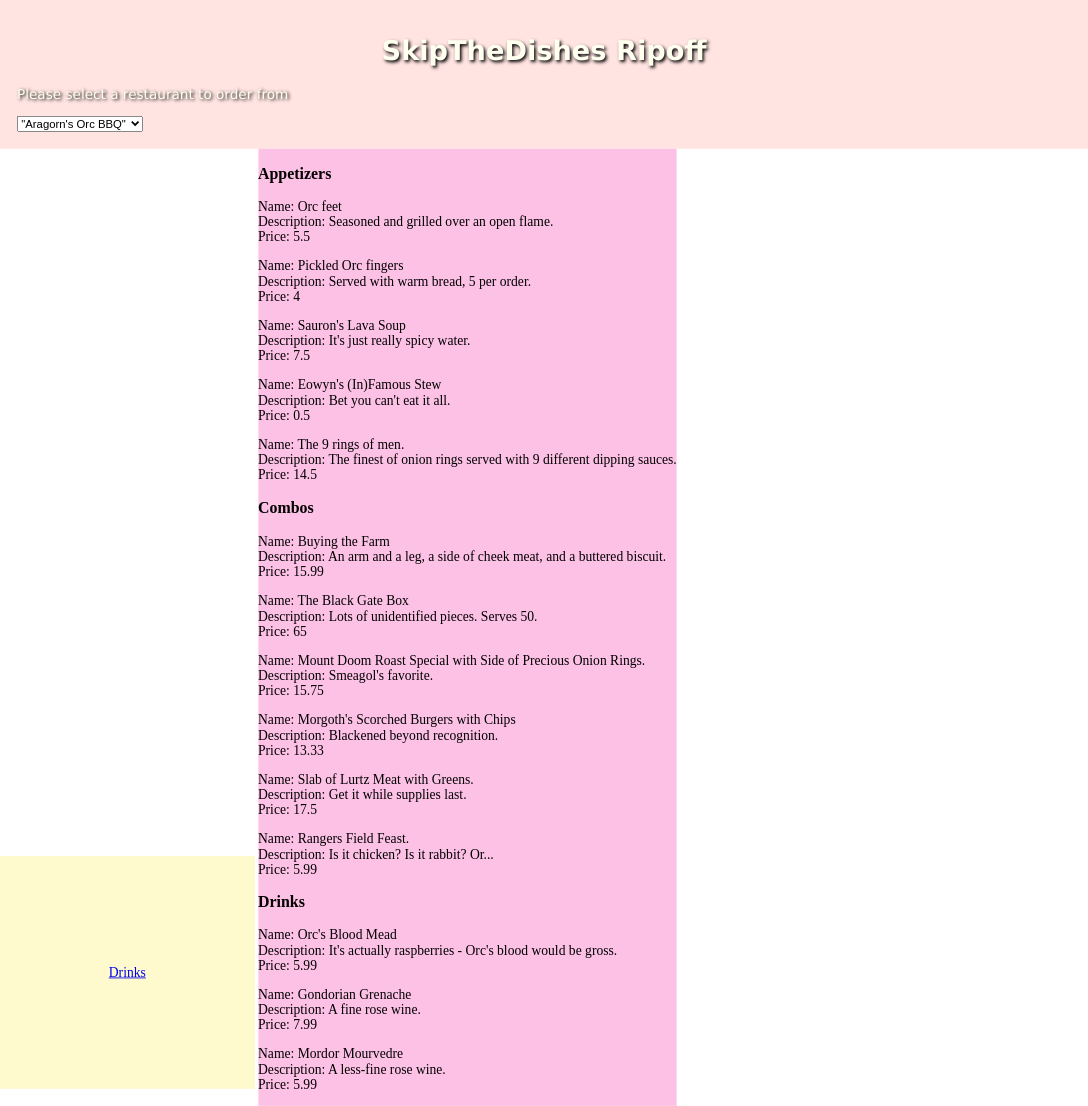
Repository: hudaali14/Carleton
Page: 2406/Assignments/Assignment1 (97)/order.html
An editor plug-in stored every save of this project. The page is shown before and after the next save, followed by the edit.
The browser window is 1280 px wide. The pictures show the whole page, at 85% of full size.
After loading, the first visible `#dropdown` was changed once.

Above is the page before, as saved 2020-01-25 21:12:40.

### 2406/Assignments/Assignment1 (97)/order.html
<html>
    <head>
        <title> Title </title>
        <link rel="stylesheet" href="style.css">
    </head>
    <body onload="init()">
        <div id="header">
            <h1>SkipTheDishes Ripoff</h1>
            <div id="dropdownText">
                <p>Please select a restaurant to order from</p>
                <select id="dropdown">
                    <option value="select a restaurant" selected>Select a Restaurant</option>
                </select>
            </div>
        </div>

        <div id="categories">
        </div>

        <div id="items">
        </div>

        <script src="client.js"></script>
    </body>
</html>

### 2406/Assignments/Assignment1 (97)/style.css
#header{
    margin: 0px;
    padding: 20px;
    border: 0px;
    text-align: center;
    background-color: mistyrose;
    color: ivory;
    text-shadow: 2px 2px 4px #000000;
    font-family: 'Lucida Sans';
}

#dropdownText{
    text-align:left;
}

#categories{
    padding: 10%;
    background-color: lemonchiffon;
    color: black;
    overflow: auto;
    display: inline-block;
    border: 0px;
    margin: 0px;
}

#items{
    background-color: rgb(253, 193, 230);
    display: inline-block;
    border: 0px;
    margin: 0px;
    color: black;
}


body{
    margin : 0;
}

### 2406/Assignments/Assignment1 (97)/client.js
let aragorn = {
	name: "Aragorn's Orc BBQ", //The name of the restaurant
	min_order: 20, //The minimum order amount required to place an order
	delivery_charge: 5, //The delivery charge for this restaurant
	//The menu
	menu: {
		//First category
		"Appetizers": {
			//First item of this category
			0: {
				name: "Orc feet",
				description: "Seasoned and grilled over an open flame.", //
				price: 5.50
			},
			1: {
				name: "Pickled Orc fingers",
				description: "Served with warm bread, 5 per order.",
				price: 4.00
			},
			2: { //Thank you Kiratchii
				name: "Sauron's Lava Soup",
				description: "It's just really spicy water.",
				price: 7.50
			},
			3: {
				name: "Eowyn's (In)Famous Stew",
				description: "Bet you can't eat it all.",
				price: 0.50
			},
			4: {
				name: "The 9 rings of men.",
				description: "The finest of onion rings served with 9 different dipping sauces.",
				price: 14.50
			}
		},
		"Combos": {
			5: {
				name: "Buying the Farm",
				description: "An arm and a leg, a side of cheek meat, and a buttered biscuit.",
				price: 15.99
			},
			6: {
				name: "The Black Gate Box",
				description: "Lots of unidentified pieces. Serves 50.",
				price: 65.00
			},
			7: {//Thanks to M_Sabeyon
				name: "Mount Doom Roast Special with Side of Precious Onion Rings.",
				description: "Smeagol's favorite.",
				price: 15.75
			},
			8: { //Thanks Shar[TA]
				name: "Morgoth's Scorched Burgers with Chips",
				description: "Blackened beyond recognition.",
				price: 13.33

			},
			9: {
				name: "Slab of Lurtz Meat with Greens.",
				description: "Get it while supplies last.",
				price: 17.50
			},
			10: {
				name: "Rangers Field Feast.",
				description: "Is it chicken? Is it rabbit? Or...",
				price: 5.99
			}
		},
		"Drinks": {
			11: {
				name: "Orc's Blood Mead",
				description: "It's actually raspberries - Orc's blood would be gross.",
				price: 5.99
			},
			12: {
				name: "Gondorian Grenache",
				description: "A fine rose wine.",
				price: 7.99
			},
			13: {
				name: "Mordor Mourvedre",
				description: "A less-fine rose wine.",
				price: 5.99
			}
		}
	}
};

let legolas = {
	name: "Lembas by Legolas",
	min_order: 15,
	delivery_charge: 3.99,
	menu: {
		"Lembas": {
			0: {
				name: "Single",
				description: "One piece of lembas.",
				price: 3
			},
			1: {
				name: "Double",
				description: "Two pieces of lembas.",
				price: 5.50
			},
			2: {
				name: "Triple",
				description: "Three pieces, which should be more than enough.",
				price: 8.00
			}
		},
		"Combos": {
			3: {
				name: "Second Breakfast",
				description: "Two pieces of lembas with honey.",
				price: 7.50
			},
			4: {
				name: "There and Back Again",
				description: "All you need for a long journey - 6 pieces of lembas, salted pork, and a flagon of wine.",
				price: 25.99
			},
			5: {
				name: "Best Friends Forever",
				description: "Lembas and a heavy stout.",
				price: 6.60
			}
		}
	}
};

let frodo = {
	name: "Frodo's Flapjacks",
	min_order: 35,
	delivery_charge: 6,
	menu: {
		"Breakfast": {
			0: {
				name: "Hobbit Hash",
				description: "Five flapjacks, potatoes, leeks, garlic, cheese.",
				price: 9.00
			},
			1: {
				name: "The Full Flapjack Breakfast",
				description: "Eight flapjacks, two sausages, 3 eggs, 4 slices of bacon, beans, and a coffee.",
				price: 14.00
			},
			2: {
				name: "Southfarthing Slammer",
				description: "15 flapjacks and 2 pints of syrup.",
				price: 12.00
			}

		},
		"Second Breakfast": {
			3: {
				name: "Beorning Breakfast",
				description: "6 flapjacks smothers in honey.",
				price: 7.50
			},
			4: {
				name: "Shire Strawberry Special",
				description: "6 flapjacks and a hearty serving of strawberry jam.",
				price: 8
			},
			5: {
				name: "Buckland Blackberry Breakfast",
				description: "6 flapjacks covered in fresh blackberries. Served with a large side of sausage.",
				price: 14.99
			}
		},
		"Elevenses": {
			6: {
				name: "Lembas",
				description: "Three pieces of traditional Elvish Waybread",
				price: 7.70
			},
			7: {
				name: "Muffins of the Marish",
				description: "A variety of 8 different types of muffins, served with tea.",
				price: 9.00
			},
			8: {
				name: "Hasty Hobbit Hash",
				description: "Potatoes with onions and cheese. Served with coffee.",
				price: 5.00
			}
		},
		"Luncheon": {
			9: {
				name: "Shepherd's Pie",
				description: "A classic. Includes 3 pies.",
				price: 15.99
			},
			10: {
				name: "Roast Pork",
				description: "An entire pig slow-roasted over a fire.",
				price: 27.99
			},
			11: {
				name: "Fish and Chips",
				description: "Fish - fried. Chips - nice and crispy.",
				price: 5.99
			}
		},
		"Afternoon Tea": {
			12: {
				name: "Tea",
				description: "Served with sugar and cream.",
				price: 3
			},
			13: {
				name: "Coffee",
				description: "Served with sugar and cream.",
				price: 3.50
			},
			14: {
				name: "Cookies and Cream",
				description: "A dozen cookies served with a vat of cream.",
				price: 15.99
			},
			15: {
				name: "Mixed Berry Pie",
				description: "Fresh baked daily.",
				price: 7.00
			}
		},
		"Dinner": {
			16: {
				name: "Po-ta-to Platter",
				description: "Boiled. Mashed. Stuck in a stew.",
				price: 6
			},
			17: {
				name: "Bree and Apple",
				description: "One wheel of brie with slices of apple.",
				price: 7.99
			},
			18: {
				name: "Maggot's Mushroom Mashup",
				description: "It sounds disgusting, but its pretty good",
				price: 6.50
			},
			19: {
				name: "Fresh Baked Bread",
				description: "A whole loaf of the finest bread the Shire has to offer.",
				price: 6
			},
			20: {
				name: "Pint of Ale",
				description: "Yes, it comes in pints.",
				price: 5
			}
		},
		"Supper": {
			21: {
				name: "Sausage Sandwich",
				description: "Six whole sausages served on a loaf of bread. Covered in onions, mushrooms and gravy.",
				price: 15.99
			},
			22: {
				name: "Shire Supper",
				description: "End the day as you started it, with a dozen flapjacks, 5 eggs, 3 sausages, 7 pieces of bacon, and a pint of ale.",
				price: 37.99
			}
		}
	}
};

let restaurants = [aragorn, legolas, frodo];
let order = [];


function init(){
	let r = document.getElementById("dropdown");
	for(i = 0; i<restaurants.length; i++){
		let resoptions = document.createElement("option");
		str = JSON.stringify(restaurants[i].name);
		resoptions.value = str;
		resoptions.text = str;
		r.appendChild(resoptions);
	}
	let category = document.getElementById("categories");
	r.onchange= displayCategories;
}

function displayCategories(){
	let dropdownMenu=document.getElementById("dropdown");
	let category=document.getElementById("categories");
	// if(items.length == 0){
	// 	if(confirm("There is a current order with items in it. Do you want to clear the order?")){
	// 		items = [];
	// 		return;
	// 	}
	// }
	category.innerHTML="";
	if(dropdownMenu.selectedIndex==1){
		let aragornMenu= ["Appetizers", "Combos","Drinks"];
		let para =document.createElement("a");
		aragornMenu.forEach(element => {
			para.innerHTML=element+"<br/>";
		});
		displayItems(aragorn, aragornMenu);
		para.href="/Users/hudaali/Desktop/2406/assignment1#categorylink";
		category.appendChild(para);
	}else if(dropdownMenu.selectedIndex==2){
		let legolasMenu=["Lembas", "Combos"];
		let para =document.createElement("a");
		legolasMenu.forEach(element => {
			para.innerHTML=element+"<br/>";
		});
		displayItems(legolas, legolasMenu);
		para.href="/Users/hudaali/Desktop/2406/assignment1#categorylink";
		category.appendChild(para);

	}else if(dropdownMenu.selectedIndex==3){
		let frodoMenu=["Breakfast","Second Breakfast","Elevenses","Luncheon","Afternoon Tea","Dinner","Supper"];
		let para =document.createElement("a");
		frodoMenu.forEach(element => {
			para.innerHTML=element+"<br/>";
		});
		displayItems(frodo, frodoMenu);
		para.href="/Users/hudaali/Desktop/2406/assignment1#categorylink";
		category.appendChild(para);
	}else{
		let x=5;
	}
}

function displayItems(restaurant, restaurantMenu){
	let itemMenu = document.getElementById("items");
	itemMenu.innerHTML = "";
	let categoryItems = restaurant.menu;
	let counter = 0;
  	for(let i = 0; i < restaurantMenu.length; i++){
		  let category = document.createElement("h3");
		  category.innerHTML = restaurantMenu[i]+"<br/>";
		  category.id= "categorylink";
		  itemMenu.appendChild(category);
    	while(typeof restaurant.menu[restaurantMenu[i]][counter] !== "undefined"){
			let item = restaurant.menu[restaurantMenu[i]][counter];
			let para = document.createElement("p");
			para.innerHTML = "Name: " + item.name + "<br/>";
			para.innerHTML += "Description: " + item.description + "<br/>";
			para.innerHTML += "Price: " + item.price + "<br/>";
			itemMenu.appendChild(para);
      		counter++;
    	}
  	}
}

After the next save:
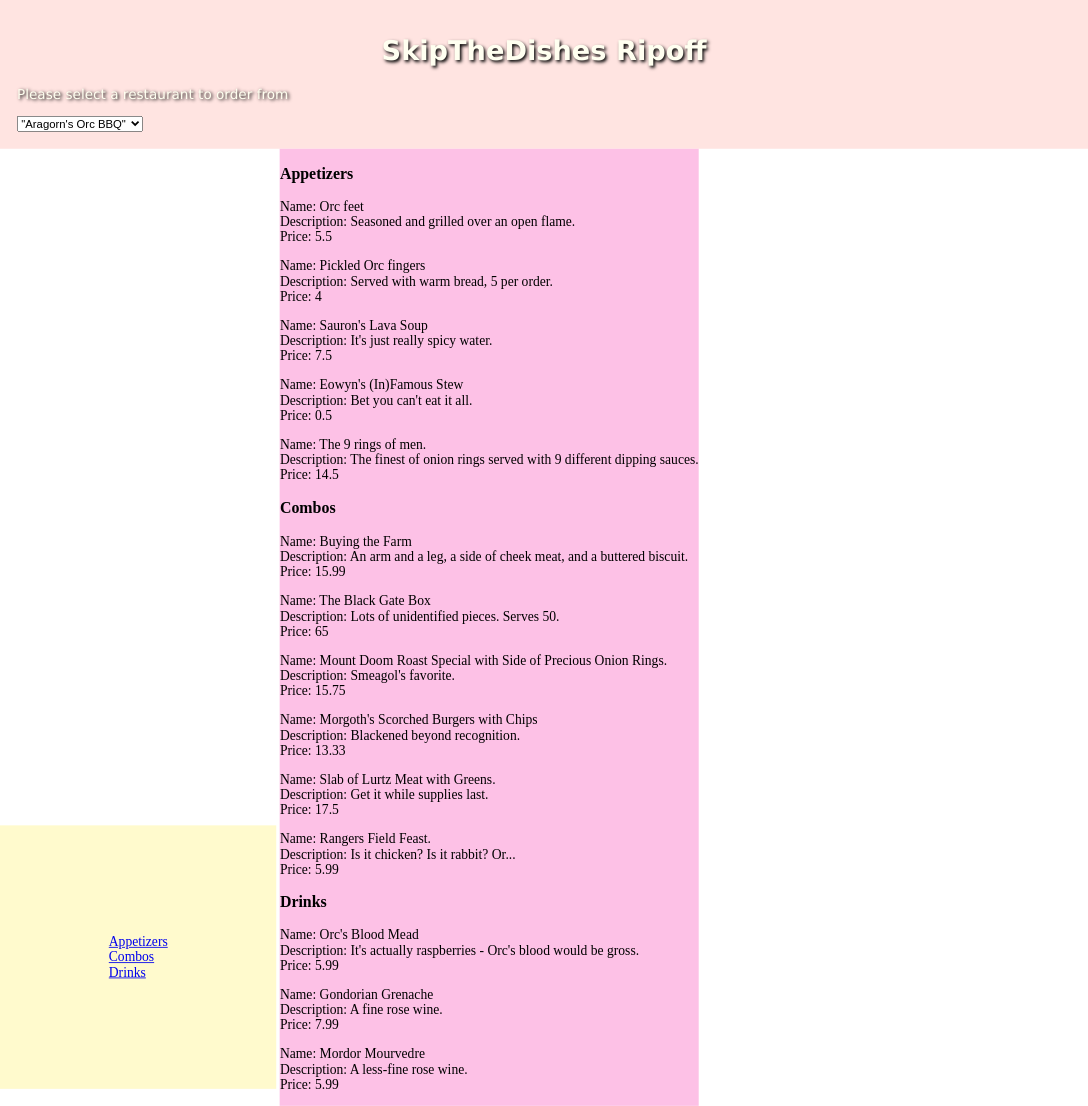
Saved 51 s later.
--- a/2406/Assignments/Assignment1 (97)/client.js
+++ b/2406/Assignments/Assignment1 (97)/client.js
@@ -295,32 +295,32 @@
 	category.innerHTML="";
 	if(dropdownMenu.selectedIndex==1){
 		let aragornMenu= ["Appetizers", "Combos","Drinks"];
-		let para =document.createElement("a");
 		aragornMenu.forEach(element => {
+			let para =document.createElement("a");
 			para.innerHTML=element+"<br/>";
+			para.href="/Users/hudaali/Desktop/2406/assignment1#categorylink";
+			category.appendChild(para);
 		});
 		displayItems(aragorn, aragornMenu);
-		para.href="/Users/hudaali/Desktop/2406/assignment1#categorylink";
-		category.appendChild(para);
 	}else if(dropdownMenu.selectedIndex==2){
 		let legolasMenu=["Lembas", "Combos"];
-		let para =document.createElement("a");
 		legolasMenu.forEach(element => {
+			let para =document.createElement("a");
 			para.innerHTML=element+"<br/>";
+			para.href="/Users/hudaali/Desktop/2406/assignment1#categorylink";
+			category.appendChild(para);
 		});
 		displayItems(legolas, legolasMenu);
-		para.href="/Users/hudaali/Desktop/2406/assignment1#categorylink";
-		category.appendChild(para);
 
 	}else if(dropdownMenu.selectedIndex==3){
 		let frodoMenu=["Breakfast","Second Breakfast","Elevenses","Luncheon","Afternoon Tea","Dinner","Supper"];
-		let para =document.createElement("a");
 		frodoMenu.forEach(element => {
+			let para =document.createElement("a");
 			para.innerHTML=element+"<br/>";
+			para.href="/Users/hudaali/Desktop/2406/assignment1#categorylink";
+			category.appendChild(para);
 		});
 		displayItems(frodo, frodoMenu);
-		para.href="/Users/hudaali/Desktop/2406/assignment1#categorylink";
-		category.appendChild(para);
 	}else{
 		let x=5;
 	}
